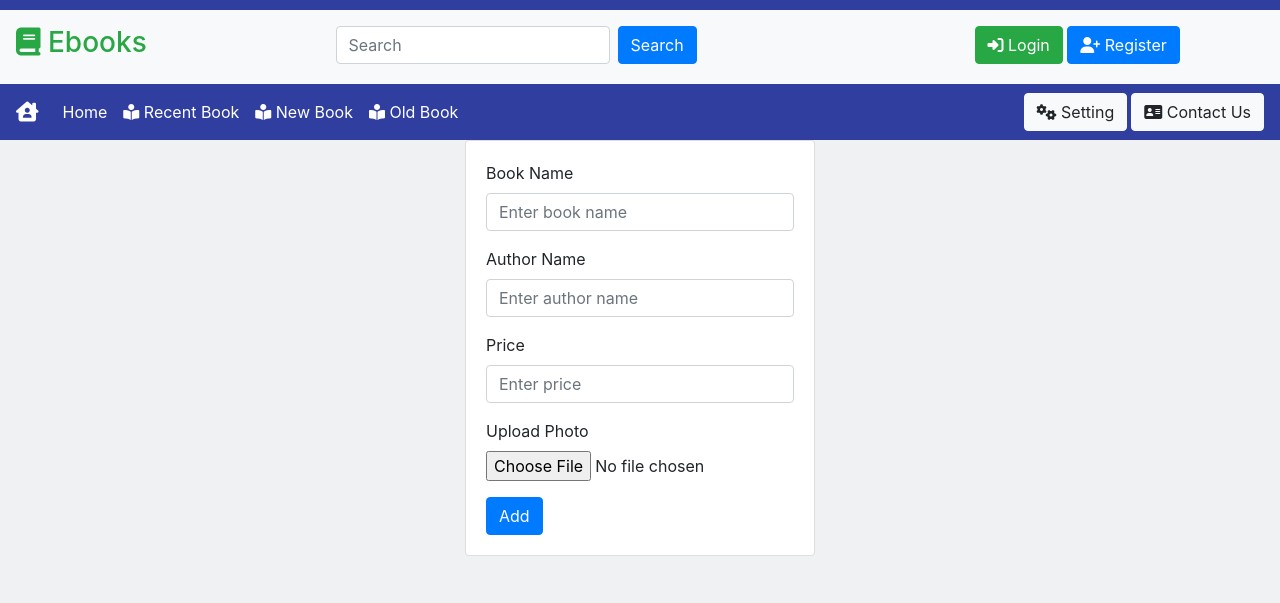
Repository: chittaranjan24/E-Books_Management_System
Page: http://localhost/Ebook-App/sell-book.jsp
An editor plug-in stored every save of this project. The page is shown before and after the next save, followed by the edit.
The browser window is 1280 px wide. The pictures show the whole page.
Some web libraries are served in a nearby version. The page is served by Tomcat 9. Other server files are loaded and not shown.

Above is the page before, as saved 2023-08-31 10:35:13.

### Ebook-App/src/main/webapp/sell-book.jsp
<%@ page language="java" contentType="text/html; charset=ISO-8859-1"
	pageEncoding="ISO-8859-1"%>
<!DOCTYPE html>
<html>
<head>
<meta charset="ISO-8859-1">
<title>Sell Books</title>
<%@include file="all_component/allCss.jsp"%>
</head>
<body style="background-color: #f0f1f2;">
	<%@include file="all_component/navbar.jsp"%>

	<div class="container">
		<div class="row">
			<div class="col-md-4 offset-md-4 mt-2px">
				<div class="card">
					<div class="card-body">

					<form action="../add-books" method="post"
							enctype="multipart/form-data">

							<div class="form-group">
								<label for="exampleInputEmail1">Book Name</label> <input
									type="text" class="form-control" id="exampleInputEmail1"
									aria-describedby="emailHelp" placeholder="Enter book name"
									required="required" name="bname">
							</div>

							<div class="form-group">
								<label for="exampleInputEmail1">Author Name</label> <input
									type="text" class="form-control" id="exampleInputEmail1"
									aria-describedby="emailHelp" required="required" name="author"
									placeholder="Enter author name" required="required">
							</div>

							<div class="form-group">
								<label for="exampleInputEmail1">Price</label> <input
									type="number" class="form-control" id="exampleInputEmail1"
									aria-describedby="emailHelp" required="required" name="price"
									placeholder="Enter price" required="required">
							</div>

							<div class="form-group">
								<label for="exampleFormControlFile1">Upload Photo</label> <input
									name="bimg" type="file" class="form-control-file"
									id="exampleFormControlFile1">
							</div>
							<button type="submit" class="btn btn-primary">Add</button>
						</form>

					</div>
				</div>

			</div>
		</div>
	</div>

</body>
</html>

### Ebook-App/src/main/webapp/all_component/allCss.jsp
<link rel="stylesheet"
	href="https://cdn.jsdelivr.net/npm/bootstrap@4.0.0/dist/css/bootstrap.min.css"
	integrity="sha384-Gn5384xqQ1aoWXA+058RXPxPg6fy4IWvTNh0E263XmFcJlSAwiGgFAW/dAiS6JXm"
	crossorigin="anonymous">


<script src="https://code.jquery.com/jquery-3.2.1.slim.min.js"
	integrity="sha384-KJ3o2DKtIkvYIK3UENzmM7KCkRr/rE9/Qpg6aAZGJwFDMVNA/GpGFF93hXpG5KkN"
	crossorigin="anonymous"></script>
<script
	src="https://cdn.jsdelivr.net/npm/popper.js@1.12.9/dist/umd/popper.min.js"
	integrity="sha384-ApNbgh9B+Y1QKtv3Rn7W3mgPxhU9K/ScQsAP7hUibX39j7fakFPskvXusvfa0b4Q"
	crossorigin="anonymous"></script>
<script
	src="https://cdn.jsdelivr.net/npm/bootstrap@4.0.0/dist/js/bootstrap.min.js"
	integrity="sha384-JZR6Spejh4U02d8jOt6vLEHfe/JQGiRRSQQxSfFWpi1MquVdAyjUar5+76PVCmYl"
	crossorigin="anonymous"></script>


<link rel="stylesheet"
	href="https://cdnjs.cloudflare.com/ajax/libs/font-awesome/6.4.2/css/all.min.css"
	integrity="sha512-z3gLpd7yknf1YoNbCzqRKc4qyor8gaKU1qmn+CShxbuBusANI9QpRohGBreCFkKxLhei6S9CQXFEbbKuqLg0DA=="
	crossorigin="anonymous" referrerpolicy="no-referrer" />


<link rel="stylesheet" href="all_component/style.css">

### Ebook-App/src/main/webapp/all_component/navbar.jsp
<%@ taglib prefix="c" uri="http://java.sun.com/jsp/jstl/core"%>
<%@page isELIgnored="false" %>

<div class="container-fluid"
	style="height: 10px; background-color: #303f9f"></div>

<div class="container-fluid p-3 bg-light">
	<div class="row">
		<div class="col-md-3 text-success">
			<h3>
				<i class="fa-solid fa-book"></i> Ebooks
			</h3>
		</div>
		<div class="col-md-6">
			<form class="form-inline my-2 my-lg-0" action="search.jsp" method="post">
				<input class="form-control mr-sm-2" type="search" name="ch"
					placeholder="Search" aria-label="Search">
				<button class="btn btn-primary my-2 my-sm-0" type="submit">Search</button>
			</form>
		</div>

		<c:if test="${not empty userobj }">

		<div class="col-md-3">

		<a href="checkout.jsp"><i class="fa-solid fa-cart-arrow-down fa-2x"></i></a>

			<button class="btn btn-success">
			<i class="fa-solid fa-circle-user"></i> ${userobj.name}</button>

			<a href="logout" class="btn btn-primary text-white">
			<i class="fa-solid fa-power-off"></i> Logout</a>
		</div>

		</c:if>

		<c:if test="${empty userobj }">

		<div class="col-md-3">
			<a href="login.jsp" class="btn btn-success"><i
				class="fa-solid fa-right-to-bracket"></i> Login</a> <a
				href="register.jsp" class="btn btn-primary text-white"><i
				class="fa-solid fa-user-plus"></i> Register</a>
		</div>

		</c:if>


	</div>
</div>


<nav class="navbar navbar-expand-lg navbar-dark bg-custom">
	<a class="navbar-brand" href="index.jsp"> <i
		class="fa-solid fa-house-chimney-user"></i>
	</a>
	<button class="navbar-toggler" type="button" data-toggle="collapse"
		data-target="#navbarSupportedContent"
		aria-controls="navbarSupportedContent" aria-expanded="false"
		aria-label="Toggle navigation">
		<span class="navbar-toggler-icon"></span>
	</button>

	<div class="collapse navbar-collapse" id="navbarSupportedContent">
		<ul class="navbar-nav mr-auto">
			<li class="nav-item active"><a class="nav-link" href="index.jsp">Home
					<span class="sr-only">(current)</span>
			</a></li>
			<li class="nav-item active"><a class="nav-link" href="all_recent_book.jsp"> <i
					class="fa-solid fa-book-open-reader"></i> Recent Book
			</a></li>
			<li class="nav-item active"><a class="nav-link" href="all_new_book.jsp"> <i
					class="fa-solid fa-book-open-reader"></i> New Book
			</a></li>

			<li class="nav-item active"><a class="nav-link disabled"
				href="all_old_book.jsp"> <i class="fa-solid fa-book-open-reader"></i> Old Book
			</a></li>
		</ul>
		<form class="form-inline my-2 my-lg-0">

			<a href="setting.jsp" class="btn btn-light my-2 my-sm-0" type="submit">
				<i class="fa-solid fa-gears"></i> Setting
			</a>
			<a href="helpline.jsp" class="btn btn-light my-2 my-sm-0 ml-1" type="submit">
				<i class="fa-solid fa-address-card"></i> Contact Us
			</a>

		</form>
	</div>
</nav>

### Ebook-App/src/main/webapp/all_component/style.css
.bg-custom{
	background-color: #303f9f;
}

.navbar .nav-item:hover .nav-link {
	background-color: white;
	color: #303f9f;
	border-radius: 15px;
}

After the next save:
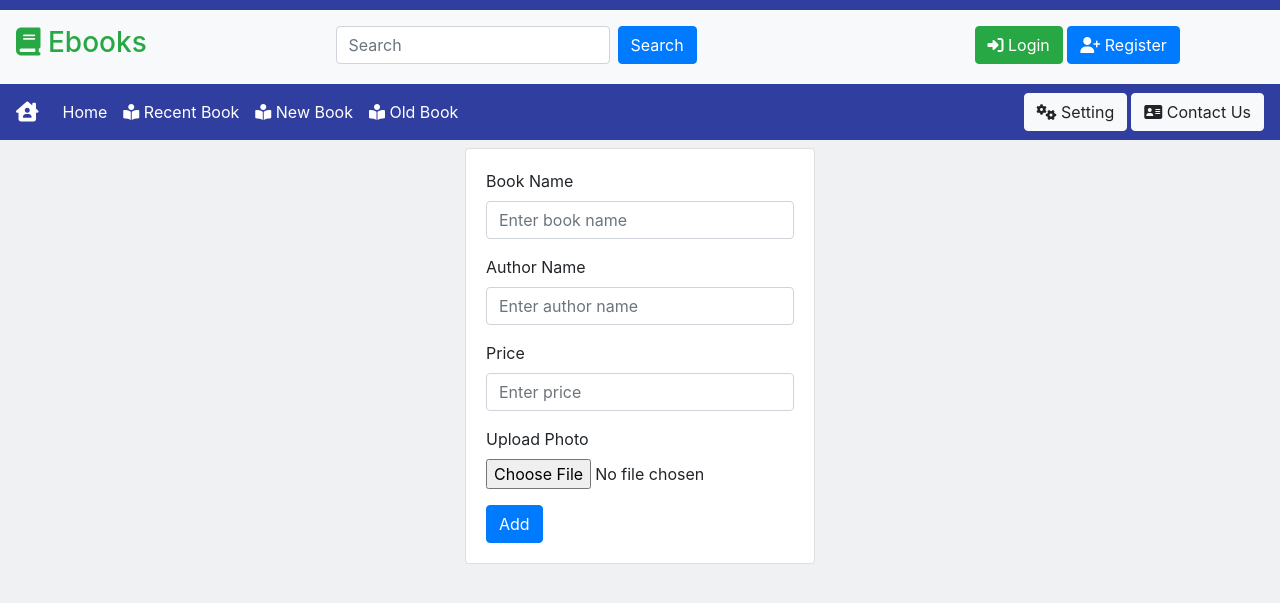
Saved 6 s later.
--- a/Ebook-App/src/main/webapp/sell-book.jsp
+++ b/Ebook-App/src/main/webapp/sell-book.jsp
@@ -12,7 +12,7 @@
 
 	<div class="container">
 		<div class="row">
-			<div class="col-md-4 offset-md-4 mt-2px">
+			<div class="col-md-4 offset-md-4 mt-2">
 				<div class="card">
 					<div class="card-body">
 
